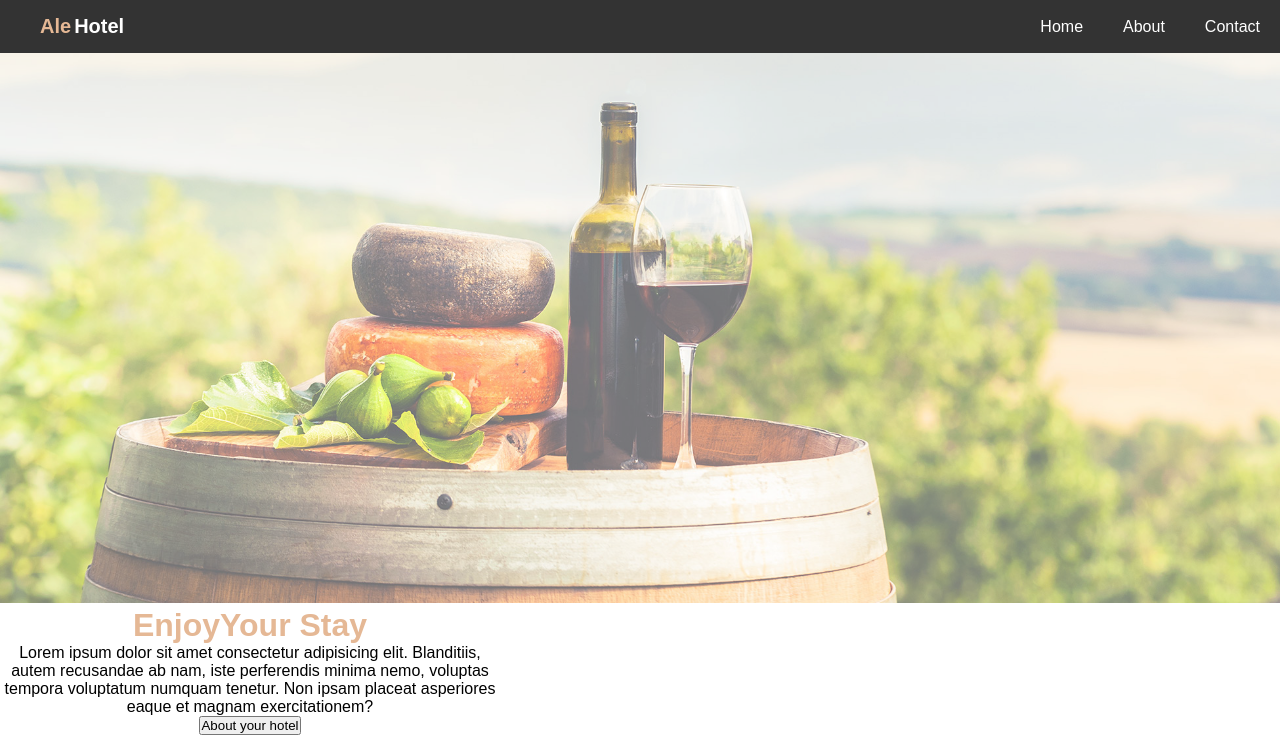
Repository: Ngoc28/HTML-CSS
Page: aleHoltel/index.html
An editor plug-in stored every save of this project. The page is shown before and after the next save, followed by the edit.
The browser window is 1280 px wide. The pictures show the whole page.

Above is the page before, as saved 2023-08-05 23:31:29.

After the next save:
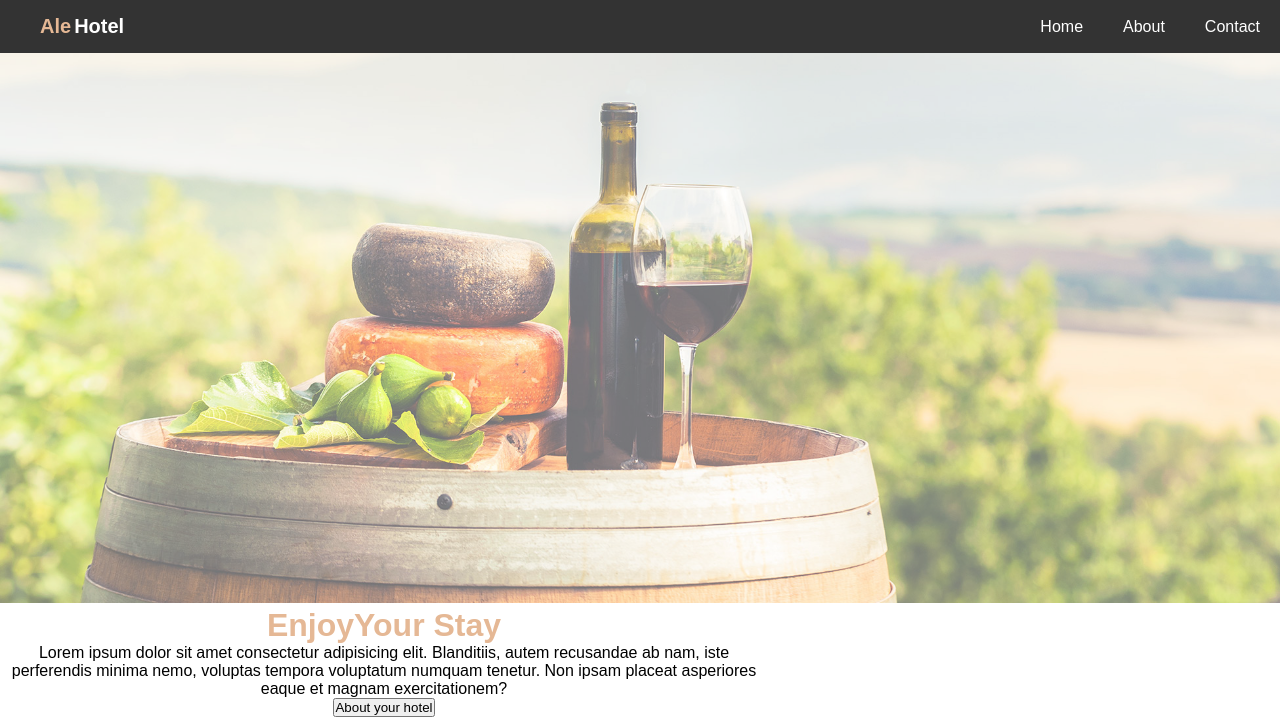
Saved 11 s later.
--- a/aleHoltel/style.css
+++ b/aleHoltel/style.css
@@ -74,7 +74,7 @@ header {
 
 
 .about-introduce {
-    width: 500px;
+    width: 60%;
     text-align: center;
 }
 
